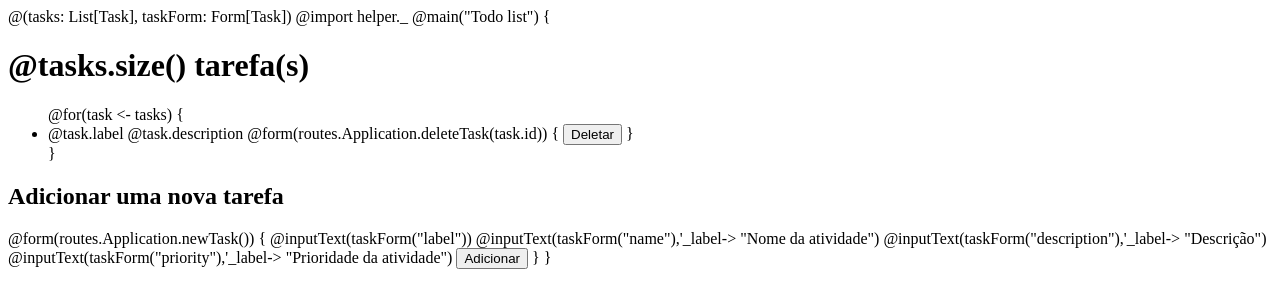
Repository: analuizamtg/si1
Page: lab2/todolist/.target/views/index.scala.html
An editor plug-in stored every save of this project. The page is shown before and after the next save, followed by the edit.
The browser window is 1280 px wide. The pictures show the whole page.

Above is the page before, as saved 2013-11-25 16:49:54.

### lab2/todolist/.target/views/index.scala.html
@(tasks: List[Task], taskForm: Form[Task])

@import helper._

@main("Todo list") {

    <h1>@tasks.size() tarefa(s)</h1>

    <ul>
        @for(task <- tasks) {
            <li>
                @task.label
                @task.description

                @form(routes.Application.deleteTask(task.id)) {
                    <input type="submit" value="Deletar">
                }
            </li>
        }
    </ul>

    <h2>Adicionar uma nova tarefa</h2>

    @form(routes.Application.newTask()) {

        @inputText(taskForm("label"))
        @inputText(taskForm("name"),'_label-> "Nome da atividade")
        @inputText(taskForm("description"),'_label-> "Descrição")
        @inputText(taskForm("priority"),'_label-> "Prioridade da atividade")

        <input type="submit" value="Adicionar">

    }

}

After the next save:
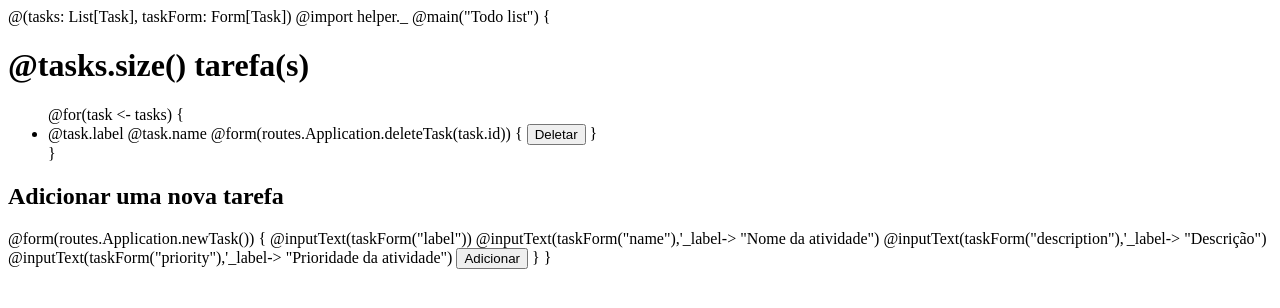
Saved 59 s later.
--- a/lab2/todolist/.target/views/index.scala.html
+++ b/lab2/todolist/.target/views/index.scala.html
@@ -10,7 +10,8 @@
         @for(task <- tasks) {
             <li>
                 @task.label
-                @task.description
+                @task.name
+
 
                 @form(routes.Application.deleteTask(task.id)) {
                     <input type="submit" value="Deletar">
